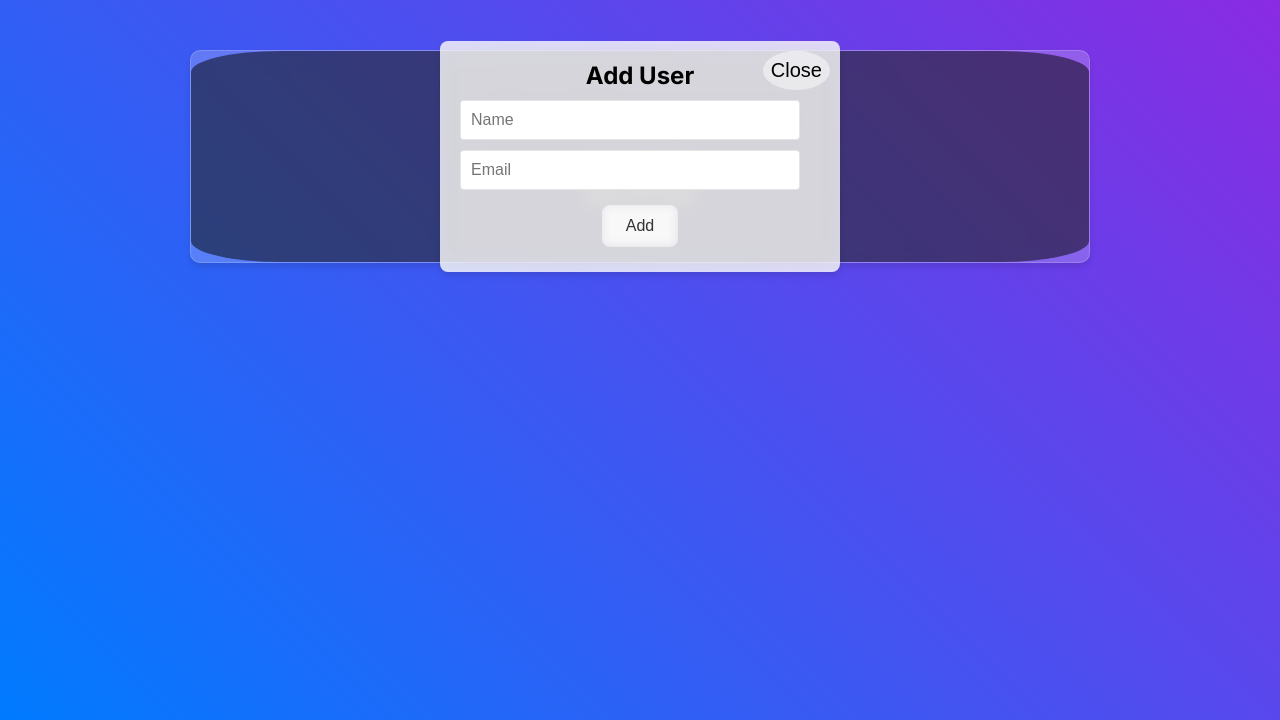
Repository: EeeeeEyyyy/crud-proj
Page: /, after clicking the first element matching `button.glassButton`
These files come from the project's save history. The page is drawn as it stood at one moment and after the next save; the edit follows.
The browser window is 1280 px wide. The pictures show the whole page.
The page's requests for data from a server got no answer. The project was rebuilt for these pictures with package versions that can differ from the ones it lists, and the page was loaded fresh each time. The framework's server and built-in components were replaced by stand-ins that run in the browser. No one was signed in, and anything a server would have sent is missing. Also part of the build but not shown: next.config.mjs.

Above is the page before, as saved 2024-06-24 15:08:27.

After the next save:
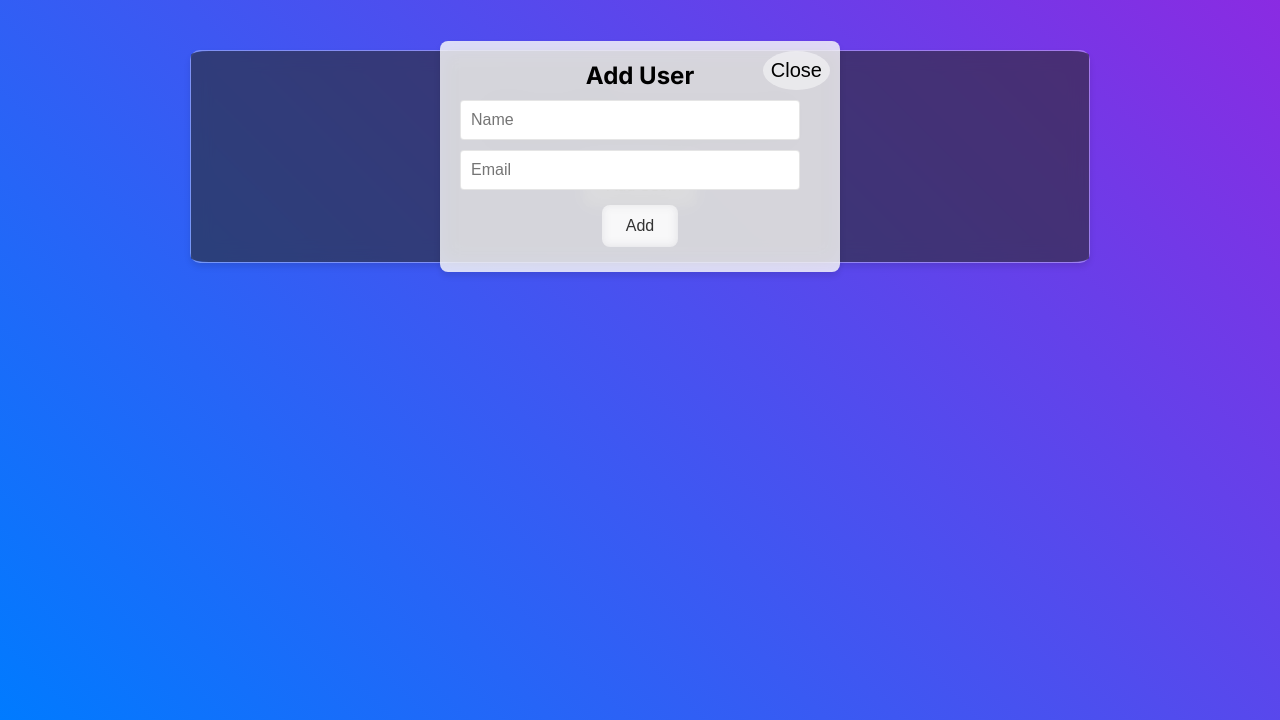
Saved 9 s later.
--- a/src/app/globals.css
+++ b/src/app/globals.css
@@ -340,7 +340,7 @@ h1 { font-size: 2em; margin-bottom: 20px; color: #333; }
 .glassButton:hover { background: rgba(255, 255, 255, 0.3); transform: scale(1.05); }
 .modalOverlay { position: fixed; top: 0; left: 0; right: 0; bottom: 0; background-color: rgba(0, 0, 0, 0.5); display: flex; justify-content: center; align-items: center; z-index: 1000;
 
-border-radius:10%;}
+border-radius:2%;}
 .modal { background: rgba(255, 255, 255, 0.8); padding: 20px; border-radius: 8px; width: 400px; max-width: 90%; box-shadow: 0 4px 6px rgba(0, 0, 0, 0.1); backdrop-filter: blur(10px); position: relative; }
 .closeButton { background: rgba(255, 255, 255, 0.5); padding: 8px; border-radius: 50%; border: none; font-size: 20px; cursor: pointer; position: absolute; top: 10px; right: 10px; transition: background-color 0.3s ease; }
 .closeButton:hover { background: rgba(255, 255, 255, 0.8); }
